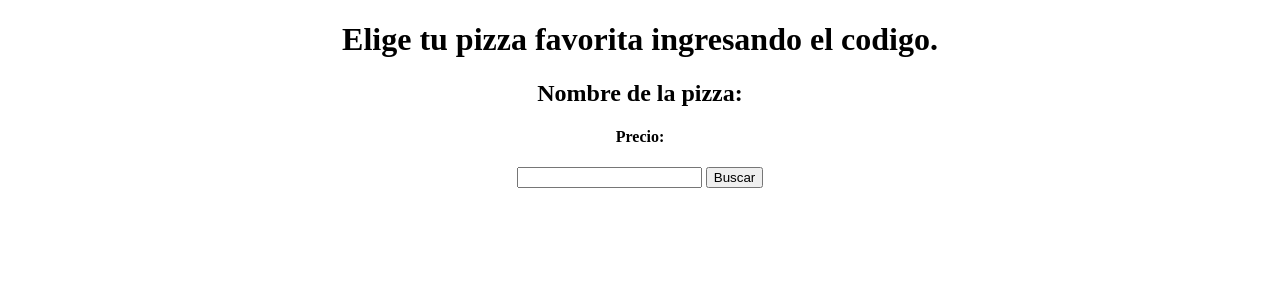
Repository: lucas-itup/E1-JAVASCRIPT
Page: index.html
An editor plug-in stored every save of this project. The page is shown before and after the next save, followed by the edit.
The browser window is 1280 px wide. The pictures show the whole page.

Above is the page before, as saved 2022-09-11 20:28:43.

### index.html
<!DOCTYPE html>
<html lang="en">

<head>
    <meta charset="UTF-8">
    <meta http-equiv="X-UA-Compatible" content="IE=edge">
    <meta name="viewport" content="width=device-width, initial-scale=1.0">

    <title>E1-JAVASCRIPT</title>
</head>

<body>
    <div id="listado-pizzas" style="text-align: center;">
        <div>
            <h1>Elige tu pizza favorita ingresando el codigo.</h1>

            <h2>Nombre de la pizza: <span id="nombre-pizza"> </span></h2>
            <h4>Precio: <span id="precio-pizza"></span></h4>
        </div>
        <div>
            <input type="number" value="" id="value-id">
            <button onclick="buscarPizza()" type="button">Buscar</button>
        </div>
    </div>
    <script src="/assets/index.js"></script>
</body>

</html>

### assets/index.js
let pizza1 = {
    id: '1',
    nombre: 'Muzarella',
    ingredientes: [
        'tomate', 'muzarella', 'oregano'
    ],
    precio: '600'
}
let pizza2 = {
    id: '2',
    nombre: 'Napolitana',
    ingredientes: [
        'jamon', 'huevo', 'queso'
    ],
    precio: '300'
}
let pizza3 = {
    id: '3',
    nombre: 'Americana',
    ingredientes: [
        'huevoFrito', 'peperoni', 'roquefort'
    ],
    precio: '200'
}
let pizza4 = {
    id: '4',
    nombre: 'Rucula',
    ingredientes: [
        'verduras', 'palmito', 'especias'
    ],
    precio: '500'
}
let pizza5 = {
    id: '5',
    nombre: 'Especial',
    ingredientes: [
        'salsa', 'harina', 'crema'
    ],
    precio: '800'
}
let pizza6 = {
    id: '6',
    nombre: 'DE_LA_CASA',
    ingredientes: [
        'anchoas', 'pimientos', 'hongos'
    ],
    precio: '900'
}

let pizzas = [pizza1, pizza2, pizza3, pizza4, pizza5, pizza6]
let listado = document.getElementById('listado-pizzas');

const buscarPizza = () => {
    let valueid = document.getElementById('value-id').value;
    var precioPizza = document.getElementById('precio-pizza');
    var found = pizzas.find(function(post, index) {
        if (post.id == valueid)
            precioPizza.textContent = post.precio;

    });

}

After the next save:
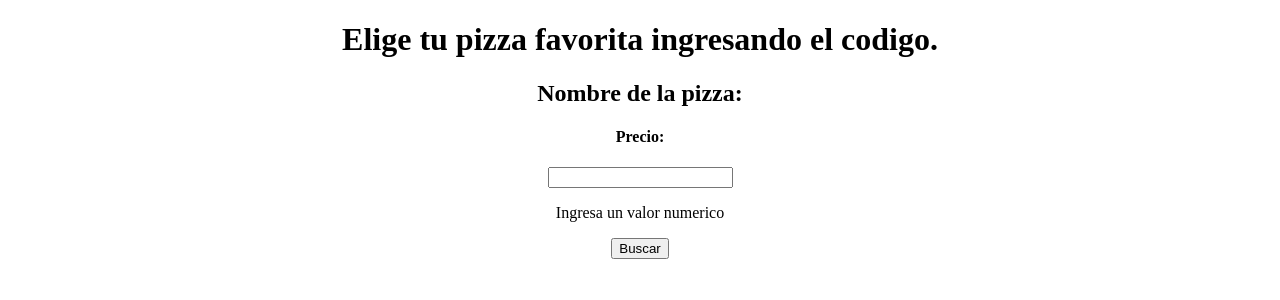
Saved 2 min 39 s later.
--- a/index.html
+++ b/index.html
@@ -19,6 +19,7 @@
         </div>
         <div>
             <input type="number" value="" id="value-id">
+            <p class="text-danger">Ingresa un valor numerico</p>
             <button onclick="buscarPizza()" type="button">Buscar</button>
         </div>
     </div>
